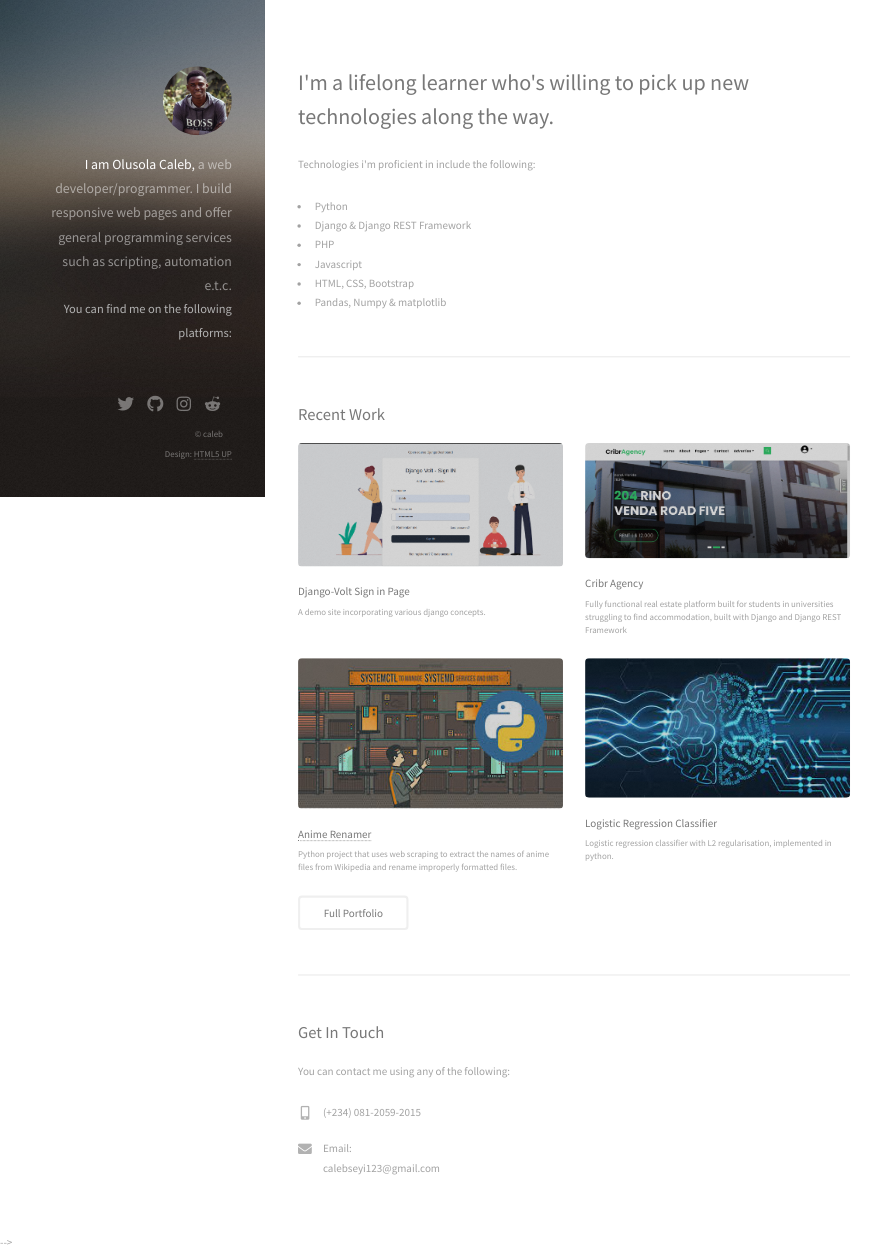
Repository: Caleb40/Caleb40.github.io
Page: index.html
An editor plug-in stored every save of this project. The page is shown before and after a run of saves, followed by the edit.
The browser window is 1280 px wide. The pictures show the whole page, at 69% of full size.

Above is the page before, as saved 2022-08-15 14:44:49.

### index.html
<!DOCTYPE HTML>
<html lang="en">

<head>
	<title>Olusola Caleb O.</title>
	<meta charset="utf-8" />
	<meta name="viewport" content="width=device-width, initial-scale=1, user-scalable=no" />
	<link rel="stylesheet" href="assets/css/main.css" />
</head>

<body class="is-preload">

	<!-- Header -->
	<header id="header">
		<div class="inner">
			<a href="#" class="image avatar"><img src="images/Photo_1607349133627.jpg" alt="profile" height="100px" width="100px" /></a>
			<h1 id="desc"><strong>I am Olusola Caleb,</strong><br> a web developer/programmer.<br />
				I build responsive web pages and offer general programming services such as scripting, automation e.t.c.
				<p id="findme">You can find me on <br> the following platforms:</p>
			</h1>

		</div>
	</header>

	<!-- Main -->
	<div id="main">

		<!-- One -->
		<section id="one">
			<header class="major">
				<h2>I'm a lifelong learner who's willing to pick up new technologies along the way.</h2>
			</header>
			<p>Technologies i'm proficient in include the following: </p>
			<ul>
				<li>Python</li>
				<li>Django & Django REST Framework</li>
				<li>PHP</li>
				<li>Javascript</li>
				<li>HTML, CSS, Bootstrap</li>
				<li>Pandas, Numpy & matplotlib</li>

			</ul>
			<!-- <ul class="actions">
				<li><a href="#" class="button">Learn More</a></li>
			</ul> -->
		</section>

		<!-- Two -->
		<section id="two">
			<h2>Recent Work</h2>
			<div class="row">
				<article class="col-6 col-12-xsmall work-item">
					<a href="http://moshbuy-prod-mnb" class="image fit thumb"><img
							src="images/portfolio/20220712_184121.png" alt="" /></a>
					<h3>Django-Volt Sign in Page</h3>
					<p>A demo site incorporating various django concepts.</p>
				</article>
				<article class="col-6 col-12-xsmall work-item">
					<a href="images/portfolio/20220712_184159.png" class="image fit thumb"><img
							src="images/portfolio/20220712_184159.png" /></a>
					<h3>Cribr Agency</h3>
					<p>Fully functional real estate platform built for students in universities struggling to find accommodation,
						built with Django and Django REST Framework</p>
				</article>
				<article class="col-6 col-12-xsmall work-item">
					<a href="images/images.jpeg" class="image fit thumb"><img src="images/images.jpeg" alt="" /></a>
					<h3><a href="https://github.com/Caleb40/Anime-Renamer">Anime Renamer</a></h3>
					<p>Python project that uses web scraping to extract the names of anime files from Wikipedia and rename
						improperly formatted files.</p>
				</article>
				<article class="col-6 col-12-xsmall work-item">
					<a href="images/ai.jpeg" class="image fit thumb"><img src="images/ai.jpeg" alt="" /></a>
					<h3>Logistic Regression Classifier</h3>
					<p>Logistic regression classifier with L2 regularisation, implemented in python.</p>
				</article>
			</div>
			<ul class="actions">
				<li><a href="https://www.linkedin.com/in/caleb-olusola/" class="button">Full Portfolio</a></li>
			</ul>
		</section>

		<!-- Three -->
		<section id="three">
			<h2>Get In Touch</h2>
			<p>You can contact me using any of the following:</p>
			<div class="row">
				<!-- <div class="col-8 col-12-small">
					<form method="post" action="#">
						<div class="row gtr-uniform gtr-50">
							<div class="col-6 col-12-xsmall"><input type="text" name="name" id="name"
									placeholder="Name" /></div>
							<div class="col-6 col-12-xsmall"><input type="email" name="email" id="email"
									placeholder="Email" /></div>
							<div class="col-12"><textarea name="message" id="message" placeholder="Message"
									rows="4"></textarea></div>
						</div>
					</form>
					<ul class="actions">
						<li><input type="submit" value="Send Message" /></li>
					</ul>

				</div> -->
				<div class="col-4 col-12-small">
					<ul class="labeled-icons">
						<li>
							<h3 class="icon solid fa-mobile-alt"><span class="label">Phone</span></h3>
						(+234) 081-2059-2015
						</li>
						<li>
							<h3 class="icon solid fa-envelope"><span class="label">Email</span></h3>
							<p>Email: calebseyi123@gmail.com</p>
						</li>
					</ul>
				</div>
			</div>
		</section>

		<!-- Four -->

					<!-- <section id="four">
						<h2>Elements</h2>

						<section>
							<h4>Text</h4>
							<p>This is <b>bold</b> and this is <strong>strong</strong>. This is <i>italic</i> and this is <em>emphasized</em>.
							This is <sup>superscript</sup> text and this is <sub>subscript</sub> text.
							This is <u>underlined</u> and this is code: <code>for (;;) { ... }</code>. Finally, <a href="#">this is a link</a>.</p>
							<hr />
							<header>
								<h4>Heading with a Subtitle</h4>
								<p>Lorem ipsum dolor sit amet nullam id egestas urna aliquam</p>
							</header>
							<p>Nunc lacinia ante nunc ac lobortis. Interdum adipiscing gravida odio porttitor sem non mi integer non faucibus ornare mi ut ante amet placerat aliquet. Volutpat eu sed ante lacinia sapien lorem accumsan varius montes viverra nibh in adipiscing blandit tempus accumsan.</p>
							<header>
								<h5>Heading with a Subtitle</h5>
								<p>Lorem ipsum dolor sit amet nullam id egestas urna aliquam</p>
							</header>
							<p>Nunc lacinia ante nunc ac lobortis. Interdum adipiscing gravida odio porttitor sem non mi integer non faucibus ornare mi ut ante amet placerat aliquet. Volutpat eu sed ante lacinia sapien lorem accumsan varius montes viverra nibh in adipiscing blandit tempus accumsan.</p>
							<hr />
							<h2>Heading Level 2</h2>
							<h3>Heading Level 3</h3>
							<h4>Heading Level 4</h4>
							<h5>Heading Level 5</h5>
							<h6>Heading Level 6</h6>
							<hr />
							<h5>Blockquote</h5>
							<blockquote>Fringilla nisl. Donec accumsan interdum nisi, quis tincidunt felis sagittis eget tempus euismod. Vestibulum ante ipsum primis in faucibus vestibulum. Blandit adipiscing eu felis iaculis volutpat ac adipiscing accumsan faucibus. Vestibulum ante ipsum primis in faucibus lorem ipsum dolor sit amet nullam adipiscing eu felis.</blockquote>
							<h5>Preformatted</h5>
							<pre><code>i = 0;

while (!deck.isInOrder()) {
print 'Iteration ' + i;
deck.shuffle();
i++;
}

print 'It took ' + i + ' iterations to sort the deck.';</code></pre>
						</section>

						<section>
							<h4>Lists</h4>
							<div class="row">
								<div class="col-6 col-12-xsmall">
									<h5>Unordered</h5>
									<ul>
										<li>Dolor pulvinar etiam magna etiam.</li>
										<li>Sagittis adipiscing lorem eleifend.</li>
										<li>Felis enim feugiat dolore viverra.</li>
									</ul>
									<h5>Alternate</h5>
									<ul class="alt">
										<li>Dolor pulvinar etiam magna etiam.</li>
										<li>Sagittis adipiscing lorem eleifend.</li>
										<li>Felis enim feugiat dolore viverra.</li>
									</ul>
								</div>
								<div class="col-6 col-12-xsmall">
									<h5>Ordered</h5>
									<ol>
										<li>Dolor pulvinar etiam magna etiam.</li>
										<li>Etiam vel felis at lorem sed viverra.</li>
										<li>Felis enim feugiat dolore viverra.</li>
										<li>Dolor pulvinar etiam magna etiam.</li>
										<li>Etiam vel felis at lorem sed viverra.</li>
										<li>Felis enim feugiat dolore viverra.</li>
									</ol>
									<h5>Icons</h5>
									<ul class="icons">
										<li><a href="#" class="icon brands fa-twitter"><span class="label">Twitter</span></a></li>
										<li><a href="#" class="icon brands fa-facebook-f"><span class="label">Facebook</span></a></li>
										<li><a href="#" class="icon brands fa-instagram"><span class="label">Instagram</span></a></li>
										<li><a href="#" class="icon brands fa-github"><span class="label">Github</span></a></li>
										<li><a href="#" class="icon brands fa-dribbble"><span class="label">Dribbble</span></a></li>
										<li><a href="#" class="icon brands fa-tumblr"><span class="label">Tumblr</span></a></li>
									</ul>
								</div>
							</div>
							<h5>Actions</h5>
							<ul class="actions">
								<li><a href="#" class="button primary">Default</a></li>
								<li><a href="#" class="button">Default</a></li>
							</ul>
							<ul class="actions small">
								<li><a href="#" class="button primary small">Small</a></li>
								<li><a href="#" class="button small">Small</a></li>
							</ul>
							<div class="row">
								<div class="col-6 col-12-small">
									<ul class="actions stacked">
										<li><a href="#" class="button primary">Default</a></li>
										<li><a href="#" class="button">Default</a></li>
									</ul>
								</div>
								<div class="col-6 col-12-small">
									<ul class="actions stacked">
										<li><a href="#" class="button primary small">Small</a></li>
										<li><a href="#" class="button small">Small</a></li>
									</ul>
								</div>
								<div class="col-6 col-12-small">
									<ul class="actions stacked">
										<li><a href="#" class="button primary fit">Default</a></li>
										<li><a href="#" class="button fit">Default</a></li>
									</ul>
								</div>
								<div class="col-6 col-12-small">
									<ul class="actions stacked">
										<li><a href="#" class="button primary small fit">Small</a></li>
										<li><a href="#" class="button small fit">Small</a></li>
									</ul>
								</div>
							</div>
						</section>

						<section>
							<h4>Table</h4>
							<h5>Default</h5>
							<div class="table-wrapper">
								<table>
									<thead>
										<tr>
											<th>Name</th>
											<th>Description</th>
											<th>Price</th>
										</tr>
									</thead>
									<tbody>
										<tr>
											<td>Item One</td>
											<td>Ante turpis integer aliquet porttitor.</td>
											<td>29.99</td>
										</tr>
										<tr>
											<td>Item Two</td>
											<td>Vis ac commodo adipiscing arcu aliquet.</td>
											<td>19.99</td>
										</tr>
										<tr>
											<td>Item Three</td>
											<td> Morbi faucibus arcu accumsan lorem.</td>
											<td>29.99</td>
										</tr>
										<tr>
											<td>Item Four</td>
											<td>Vitae integer tempus condimentum.</td>
											<td>19.99</td>
										</tr>
										<tr>
											<td>Item Five</td>
											<td>Ante turpis integer aliquet porttitor.</td>
											<td>29.99</td>
										</tr>
									</tbody>
									<tfoot>
										<tr>
											<td colspan="2"></td>
											<td>100.00</td>
										</tr>
									</tfoot>
								</table>
							</div>

							<h5>Alternate</h5>
							<div class="table-wrapper">
								<table class="alt">
									<thead>
										<tr>
											<th>Name</th>
											<th>Description</th>
											<th>Price</th>
										</tr>
									</thead>
									<tbody>
										<tr>
											<td>Item One</td>
											<td>Ante turpis integer aliquet porttitor.</td>
											<td>29.99</td>
										</tr>
										<tr>
											<td>Item Two</td>
											<td>Vis ac commodo adipiscing arcu aliquet.</td>
											<td>19.99</td>
										</tr>
										<tr>
											<td>Item Three</td>
											<td> Morbi faucibus arcu accumsan lorem.</td>
											<td>29.99</td>
										</tr>
										<tr>
											<td>Item Four</td>
											<td>Vitae integer tempus condimentum.</td>
											<td>19.99</td>
										</tr>
										<tr>
											<td>Item Five</td>
											<td>Ante turpis integer aliquet porttitor.</td>
											<td>29.99</td>
										</tr>
									</tbody>
									<tfoot>
										<tr>
											<td colspan="2"></td>
											<td>100.00</td>
										</tr>
									</tfoot>
								</table>
							</div>
						</section>

						<section>
							<h4>Buttons</h4>
							<ul class="actions">
								<li><a href="#" class="button primary">Primary</a></li>
								<li><a href="#" class="button">Default</a></li>
							</ul>
							<ul class="actions">
								<li><a href="#" class="button large">Large</a></li>
								<li><a href="#" class="button">Default</a></li>
								<li><a href="#" class="button small">Small</a></li>
							</ul>
							<ul class="actions fit">
								<li><a href="#" class="button primary fit">Fit</a></li>
								<li><a href="#" class="button fit">Fit</a></li>
							</ul>
							<ul class="actions fit small">
								<li><a href="#" class="button primary fit small">Fit + Small</a></li>
								<li><a href="#" class="button fit small">Fit + Small</a></li>
							</ul>
							<ul class="actions">
								<li><a href="#" class="button primary icon solid fa-download">Icon</a></li>
								<li><a href="#" class="button icon solid fa-download">Icon</a></li>
							</ul>
							<ul class="actions">
								<li><span class="button primary disabled">Primary</span></li>
								<li><span class="button disabled">Default</span></li>
							</ul>
						</section>

						<section>
							<h4>Form</h4>
							<form method="post" action="#">
								<div class="row gtr-uniform gtr-50">
									<div class="col-6 col-12-xsmall">
										<input type="text" name="demo-name" id="demo-name" value="" placeholder="Name" />
									</div>
									<div class="col-6 col-12-xsmall">
										<input type="email" name="demo-email" id="demo-email" value="" placeholder="Email" />
									</div>
									<div class="col-12">
										<select name="demo-category" id="demo-category">
											<option value="">- Category -</option>
											<option value="1">Manufacturing</option>
											<option value="1">Shipping</option>
											<option value="1">Administration</option>
											<option value="1">Human Resources</option>
										</select>
									</div>
									<div class="col-4 col-12-small">
										<input type="radio" id="demo-priority-low" name="demo-priority" checked>
										<label for="demo-priority-low">Low Priority</label>
									</div>
									<div class="col-4 col-12-small">
										<input type="radio" id="demo-priority-normal" name="demo-priority">
										<label for="demo-priority-normal">Normal Priority</label>
									</div>
									<div class="col-4 col-12-small">
										<input type="radio" id="demo-priority-high" name="demo-priority">
										<label for="demo-priority-high">High Priority</label>
									</div>
									<div class="col-6 col-12-small">
										<input type="checkbox" id="demo-copy" name="demo-copy">
										<label for="demo-copy">Email me a copy of this message</label>
									</div>
									<div class="col-6 col-12-small">
										<input type="checkbox" id="demo-human" name="demo-human" checked>
										<label for="demo-human">I am a human and not a robot</label>
									</div>
									<div class="col-12">
										<textarea name="demo-message" id="demo-message" placeholder="Enter your message" rows="6"></textarea>
									</div>
									<div class="col-12">
										<ul class="actions">
											<li><input type="submit" value="Send Message" class="primary" /></li>
											<li><input type="reset" value="Reset" /></li>
										</ul>
									</div>
								</div>
							</form>
						</section>

						<section>
							<h4>Image</h4>
							<h5>Fit</h5>
							<div class="box alt">
								<div class="row gtr-50 gtr-uniform">
									<div class="col-12"><span class="image fit"><img src="images/fulls/05.jpg" alt="" /></span></div>
									<div class="col-4"><span class="image fit"><img src="images/thumbs/01.jpg" alt="" /></span></div>
									<div class="col-4"><span class="image fit"><img src="images/thumbs/02.jpg" alt="" /></span></div>
									<div class="col-4"><span class="image fit"><img src="images/thumbs/03.jpg" alt="" /></span></div>
									<div class="col-4"><span class="image fit"><img src="images/thumbs/04.jpg" alt="" /></span></div>
									<div class="col-4"><span class="image fit"><img src="images/thumbs/05.jpg" alt="" /></span></div>
									<div class="col-4"><span class="image fit"><img src="images/thumbs/06.jpg" alt="" /></span></div>
									<div class="col-4"><span class="image fit"><img src="images/thumbs/03.jpg" alt="" /></span></div>
									<div class="col-4"><span class="image fit"><img src="images/thumbs/02.jpg" alt="" /></span></div>
									<div class="col-4"><span class="image fit"><img src="images/thumbs/01.jpg" alt="" /></span></div>
								</div>
							</div>
							<h5>Left &amp; Right</h5>
							<p><span class="image left"><img src="images/avatar.jpg" alt="" /></span>Fringilla nisl. Donec accumsan interdum nisi, quis tincidunt felis sagittis eget. tempus euismod. Vestibulum ante ipsum primis in faucibus vestibulum. Blandit adipiscing eu felis iaculis volutpat ac adipiscing accumsan eu faucibus. Integer ac pellentesque praesent tincidunt felis sagittis eget. tempus euismod. Vestibulum ante ipsum primis in faucibus vestibulum. Blandit adipiscing eu felis iaculis volutpat ac adipiscing accumsan eu faucibus. Integer ac pellentesque praesent. Donec accumsan interdum nisi, quis tincidunt felis sagittis eget. tempus euismod. Vestibulum ante ipsum primis in faucibus vestibulum. Blandit adipiscing eu felis iaculis volutpat ac adipiscing accumsan eu faucibus. Integer ac pellentesque praesent tincidunt felis sagittis eget. tempus euismod. Vestibulum ante ipsum primis in faucibus vestibulum. Blandit adipiscing eu felis iaculis volutpat ac adipiscing accumsan eu faucibus. Integer ac pellentesque praesent.</p>
							<p><span class="image right"><img src="images/avatar.jpg" alt="" /></span>Fringilla nisl. Donec accumsan interdum nisi, quis tincidunt felis sagittis eget. tempus euismod. Vestibulum ante ipsum primis in faucibus vestibulum. Blandit adipiscing eu felis iaculis volutpat ac adipiscing accumsan eu faucibus. Integer ac pellentesque praesent tincidunt felis sagittis eget. tempus euismod. Vestibulum ante ipsum primis in faucibus vestibulum. Blandit adipiscing eu felis iaculis volutpat ac adipiscing accumsan eu faucibus. Integer ac pellentesque praesent. Donec accumsan interdum nisi, quis tincidunt felis sagittis eget. tempus euismod. Vestibulum ante ipsum primis in faucibus vestibulum. Blandit adipiscing eu felis iaculis volutpat ac adipiscing accumsan eu faucibus. Integer ac pellentesque praesent tincidunt felis sagittis eget. tempus euismod. Vestibulum ante ipsum primis in faucibus vestibulum. Blandit adipiscing eu felis iaculis volutpat ac adipiscing accumsan eu faucibus. Integer ac pellentesque praesent.</p>
						</section>

					</section>
				-->

	</div> -->

	<!-- Footer -->
	<footer id="footer">
		<div class="inner">
			<!-- <p id="phone">Contact: 08120592015</p>
			<p id="email">E-mail: calebseyi123@gmail.com</p> -->
			<ul class="icons">
				<li><a href="https://twitter.com/caleb_mnb" class="icon brands fa-twitter"><span
							class="label">Twitter</span></a></li>
				<li><a href="https://github.com/Caleb40" class="icon brands fa-github"><span
							class="label">Github</span></a></li>
				<li><a href="https://www.instagram.com/itz_calebking/" class="icon brands fa-instagram"><span
							class="label">Instagram</span></a></li>
				<li><a href="https://www.reddit.com/user/caleb_king" class="icon brands fa-reddit-alien"><span
							class="label">Reddit</span></a></li>
				<ul class="copyright">
					<li>&copy; caleb</li>
					<li>Design: <a href="http://html5up.net">HTML5 UP</a></li>
				</ul>

			</ul>
		</div>
	</footer>

	<!-- Scripts -->
	<script src="assets/js/jquery.min.js"></script>
	<script src="assets/js/jquery.poptrox.min.js"></script>
	<script src="assets/js/browser.min.js"></script>
	<script src="assets/js/breakpoints.min.js"></script>
	<script src="assets/js/util.js"></script>
	<script src="assets/js/main.js"></script>

</body>

</html>

Loaded but not shown: assets/css/fontawesome-all.min.css (library); assets/js/jquery.min.js (library); assets/js/jquery.poptrox.min.js (library); assets/js/browser.min.js (common file); assets/js/breakpoints.min.js (common file); assets/js/util.js (587 lines, source omitted); assets/js/main.js (117 lines, source omitted); assets/css/main.css (3241 lines, source omitted)

After the next 2 saves:
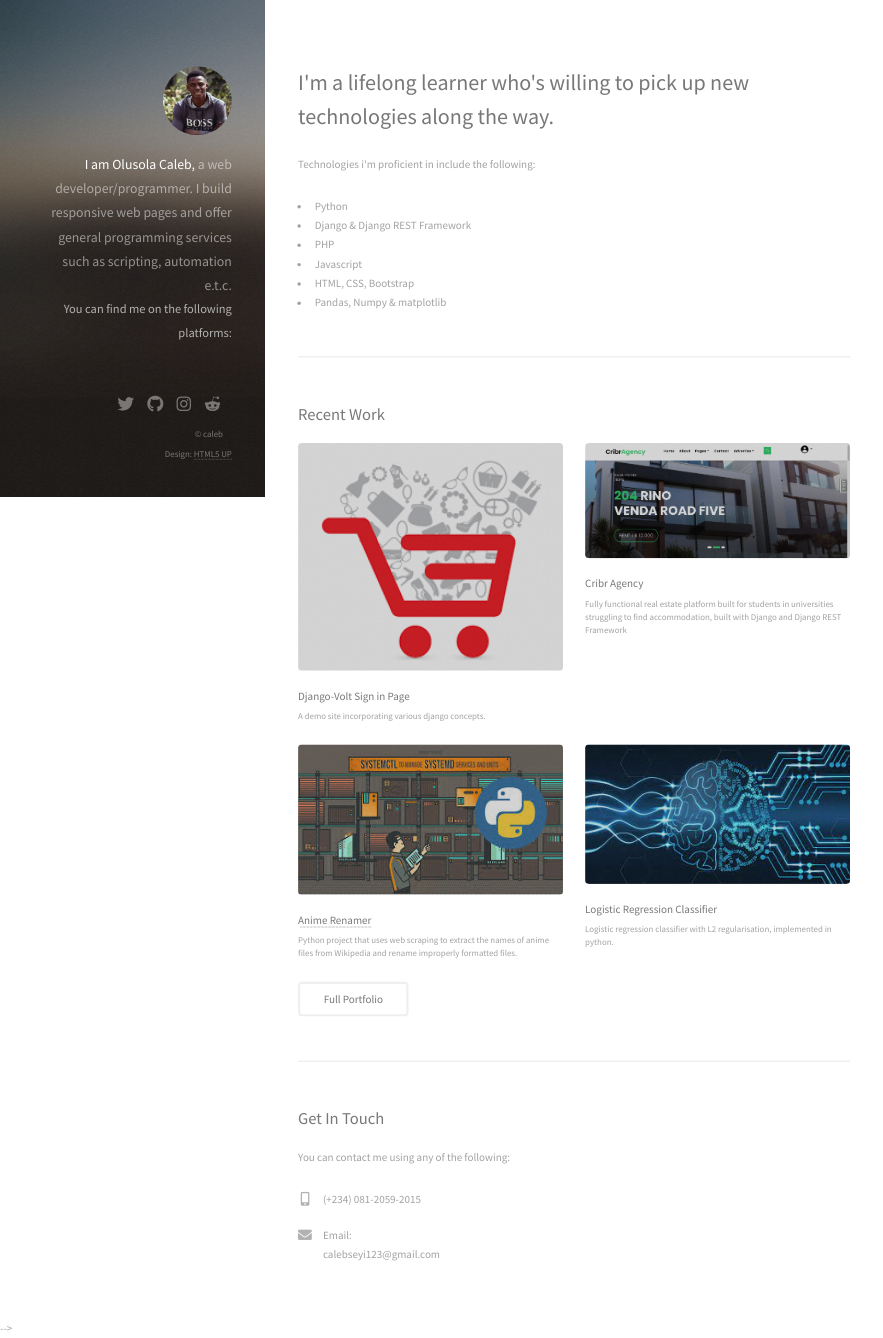
The 2 saves are shown as one change because they came seconds apart.
The last was saved 15 s later.
--- a/index.html
+++ b/index.html
@@ -51,7 +51,7 @@
 			<div class="row">
 				<article class="col-6 col-12-xsmall work-item">
 					<a href="http://moshbuy-prod-mnb" class="image fit thumb"><img
-							src="images/portfolio/20220712_184121.png" alt="" /></a>
+							src="images/store_logo.png" alt=""/></a>
 					<h3>Django-Volt Sign in Page</h3>
 					<p>A demo site incorporating various django concepts.</p>
 				</article>
